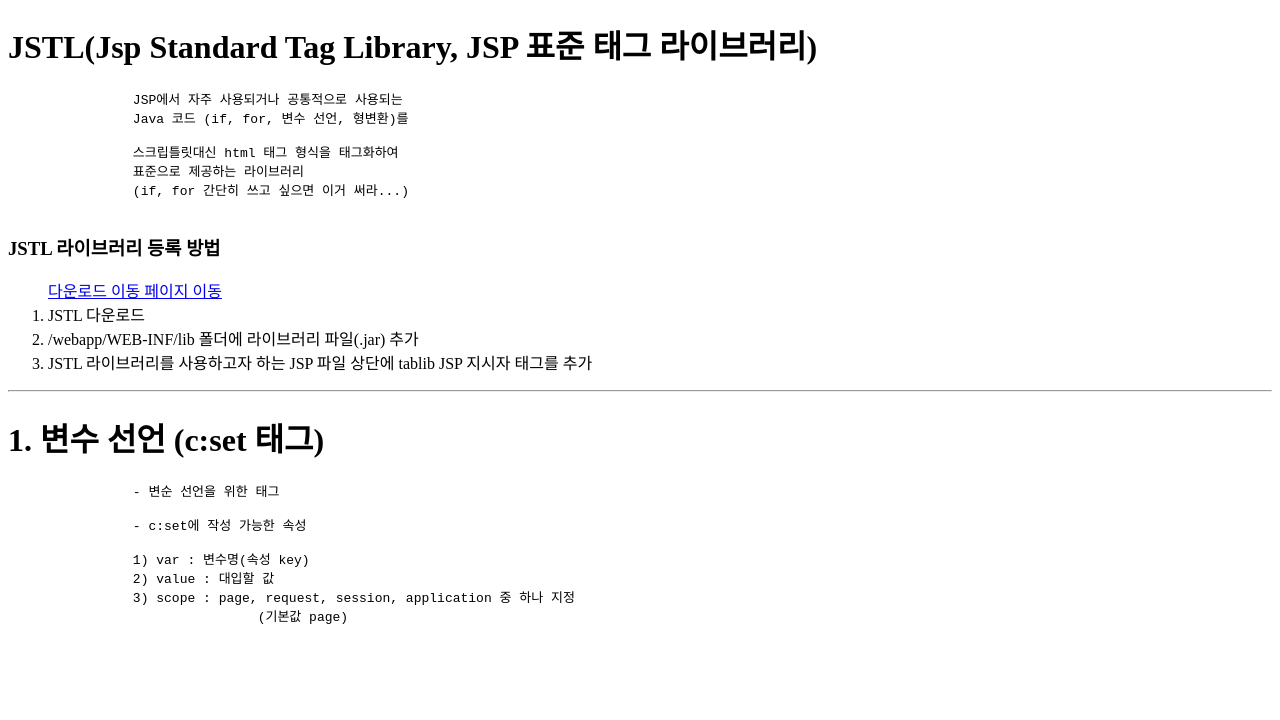
Repository: ahnjaeyoun/6_Server
Page: http://localhost/JSPProject2/jstl/main
These files come from the project's save history. The page is drawn as it stood at one moment and after the next save; the edit follows.
The browser window is 1280 px wide. The pictures show the whole page.
The page is served by Tomcat 9.

Above is the page before, as saved 2023-09-19 03:28:38.

After the next save:
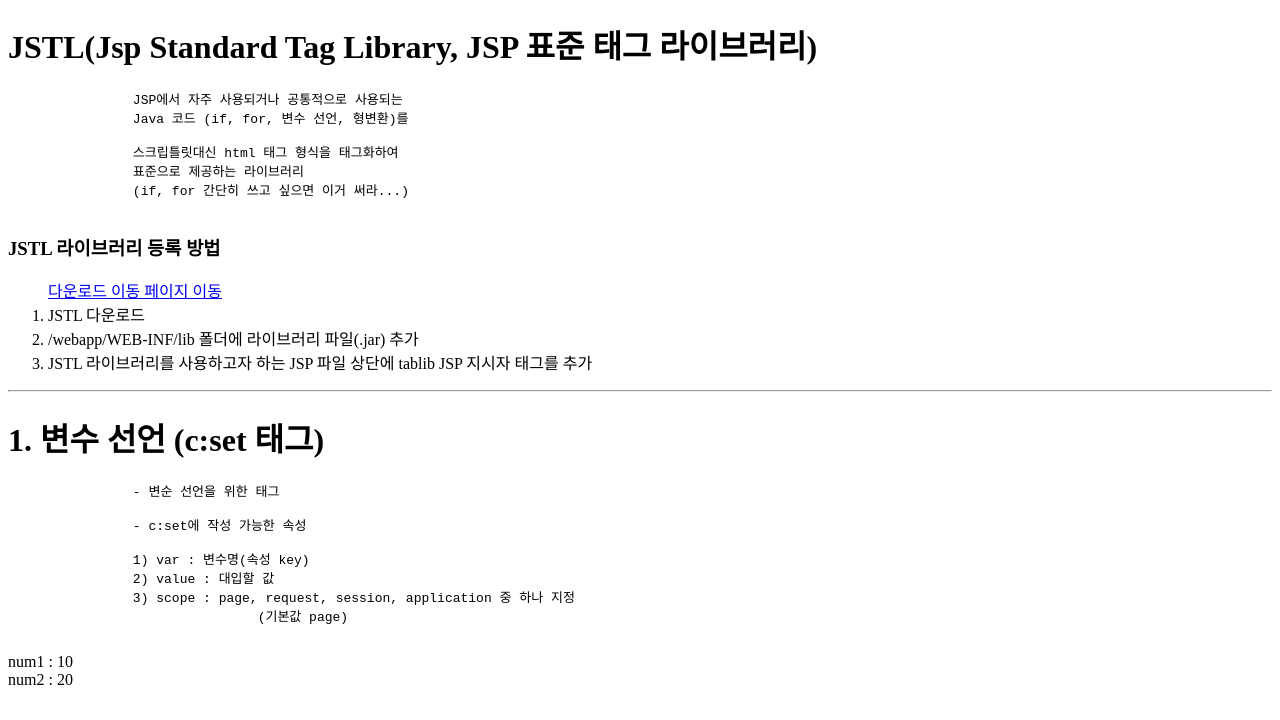
Saved 51 s later.
--- a/JSPProject2/src/main/webapp/WEB-INF/views/jstl/main.jsp
+++ b/JSPProject2/src/main/webapp/WEB-INF/views/jstl/main.jsp
@@ -78,7 +78,11 @@
 	%>
 
 	<%-- JSTL로 page scope에 속성 세팅하는 방법 --%>
-	<c:set var="num2" value="20"/>
+	<c:set var="num2" value="20" scope="page"/>
+
+	num1 : ${ num1 }
+	<br>
+	num2 : ${ num2 }
 
 
 
